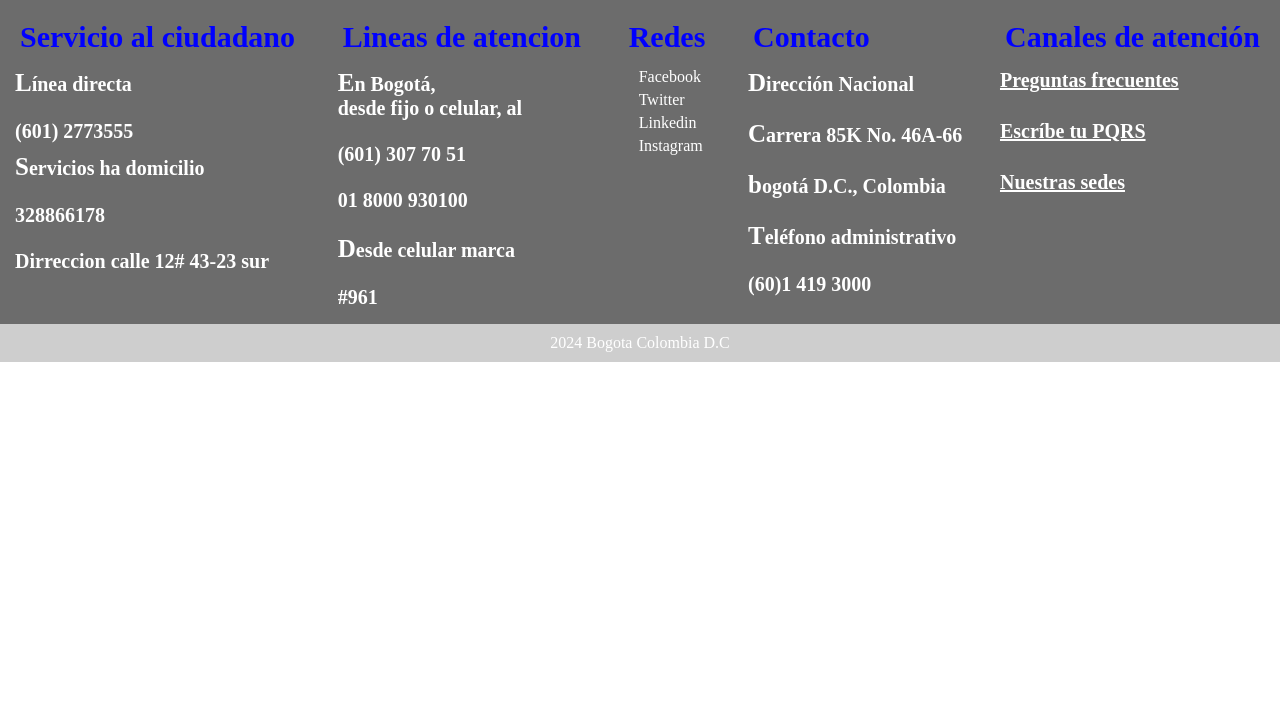
Repository: ye909/app_restaurante
Page: index.html
These files come from the project's save history. The page is drawn as it stood at one moment and after the next save; the edit follows.
The browser window is 1280 px wide. The pictures show the whole page.
Some web fonts or font styles are not loaded; a fallback is used.

Above is the page before, as saved 2025-01-11 18:31:48.
Console error: TypeError: Cannot read properties of null (reading 'addEventListener')
Not found: css/
Not found: css/o

After the next save:
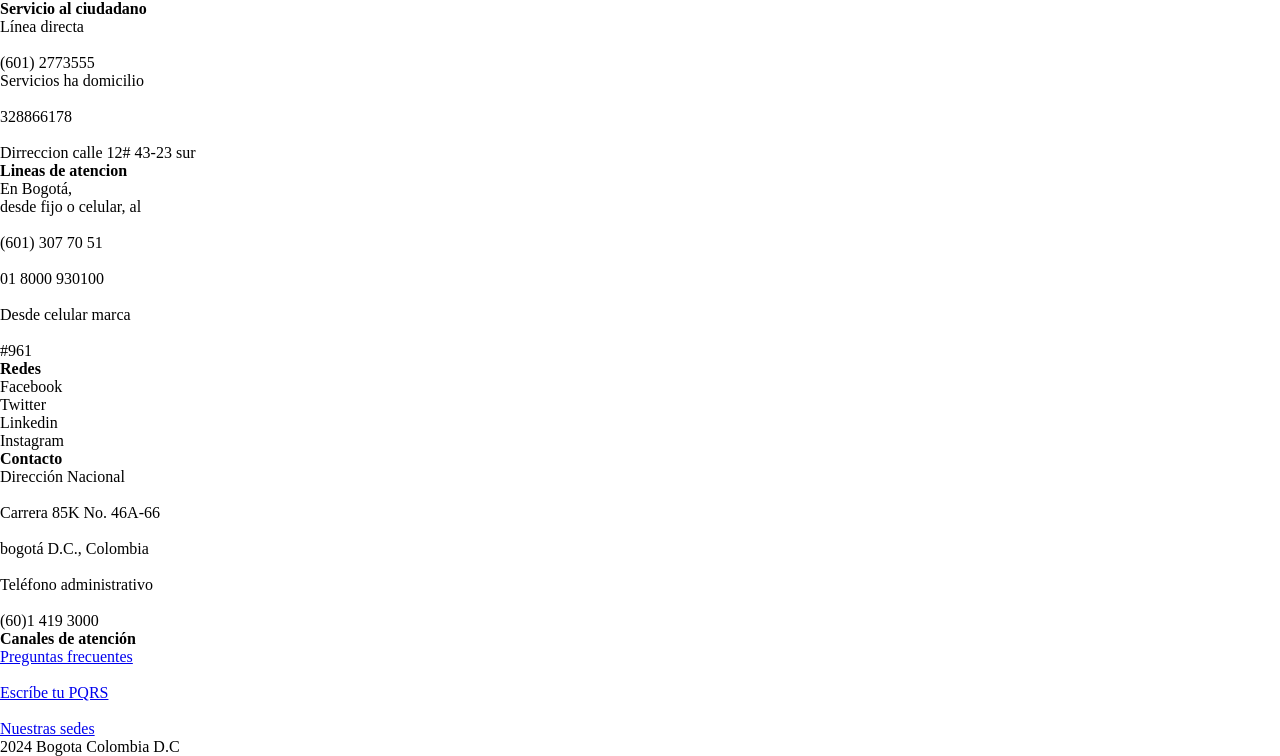
Saved 93 s later.
--- a/css/footer.css
+++ b/css/footer.css
@@ -1,4 +1,4 @@
-@import url("https://fonts.googleapis.com/css2?family=Pirata+One&display=swap");
+/* @import url("https://fonts.googleapis.com/css2?family=Pirata+One&display=swap");
 
 .conataine_footer {
   display: flex;
@@ -54,4 +54,4 @@ footer a {
 footer {
   background: rgba(10, 10, 10, 0.6);
   color: white;
-}
+} */
